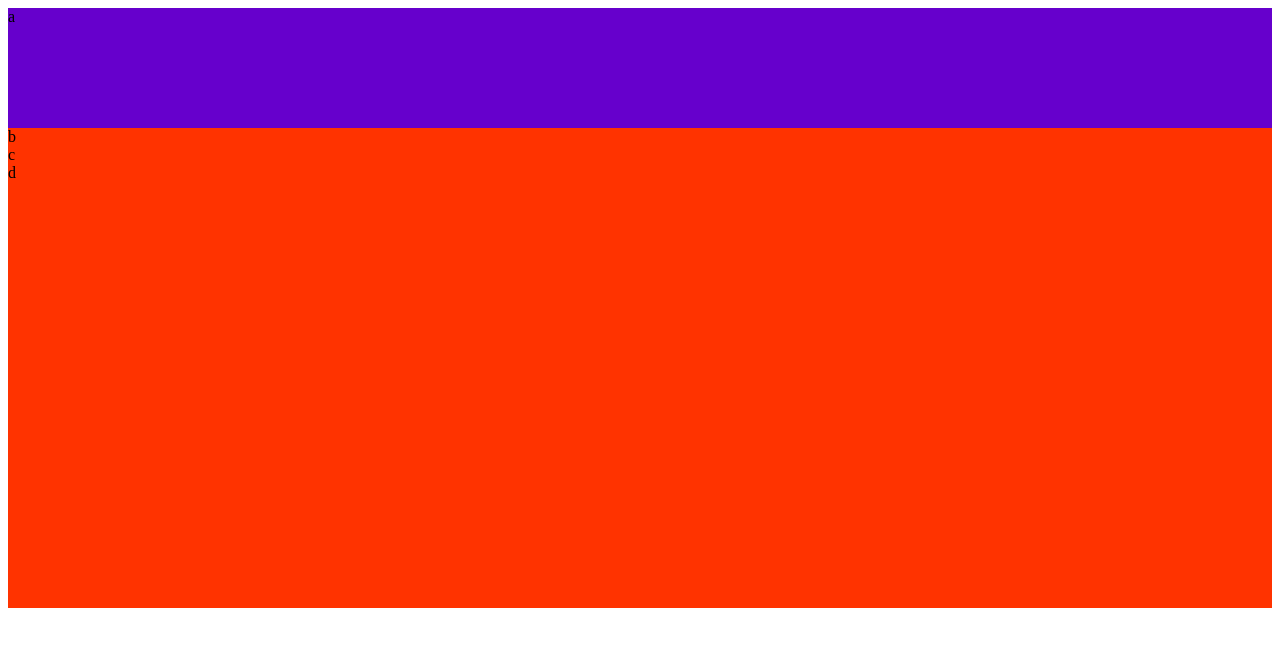
Repository: Leewonhoo/kostaweb
Page: project_div/WebContent/layout1.html
These files come from the project's save history. The page is drawn as it stood at one moment and after the next save; the edit follows.
The browser window is 1280 px wide. The pictures show the whole page.

Above is the page before, as saved 2017-09-11 06:06:39.

### project_div/WebContent/layout1.html
<!DOCTYPE html PUBLIC "-//W3C//DTD HTML 4.01 Transitional//EN" "http://www.w3.org/TR/html4/loose.dtd">
<html>
<head>
<meta http-equiv="Content-Type" content="text/html; charset=EUC-KR">
<title>Insert title here</title>

<!-- internal css -->
<style type="text/css">
/*주석*/
#wrap{
background-color: #ff3300;
width: 1350;
height: 600px;
}
#header{
background-color: #6600cc;
width: 1350;
height: 120px;
}
sidebar{
background-color: #6600cc;
width: 1350;
height: 120px;
}
contents{
background-color: #6600cc;
width: 1350;
height: 120px;
}
footer{
background-color: #6600cc;
width: 1350;
height: 120px;
}
</style>

</head>
<body>
	<div id="wrap">
		<div id="header">a</div>
		<div id="sidebar">b</div>
		<div id="contents">c</div>
		<div id="footer">d</div>
	</div>
</body>
</html>

After the next save:
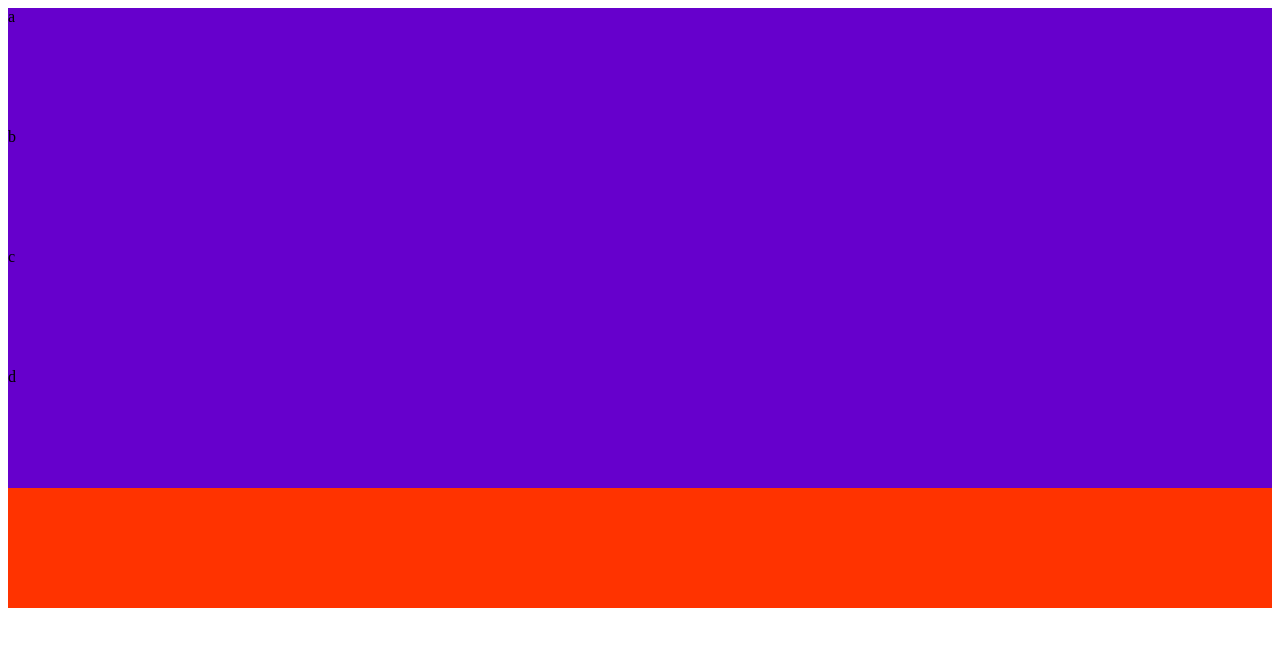
Saved 21 s later.
--- a/project_div/WebContent/layout1.html
+++ b/project_div/WebContent/layout1.html
@@ -17,17 +17,17 @@ background-color: #6600cc;
 width: 1350;
 height: 120px;
 }
-sidebar{
+#sidebar{
 background-color: #6600cc;
 width: 1350;
 height: 120px;
 }
-contents{
+#contents{
 background-color: #6600cc;
 width: 1350;
 height: 120px;
 }
-footer{
+#footer{
 background-color: #6600cc;
 width: 1350;
 height: 120px;
